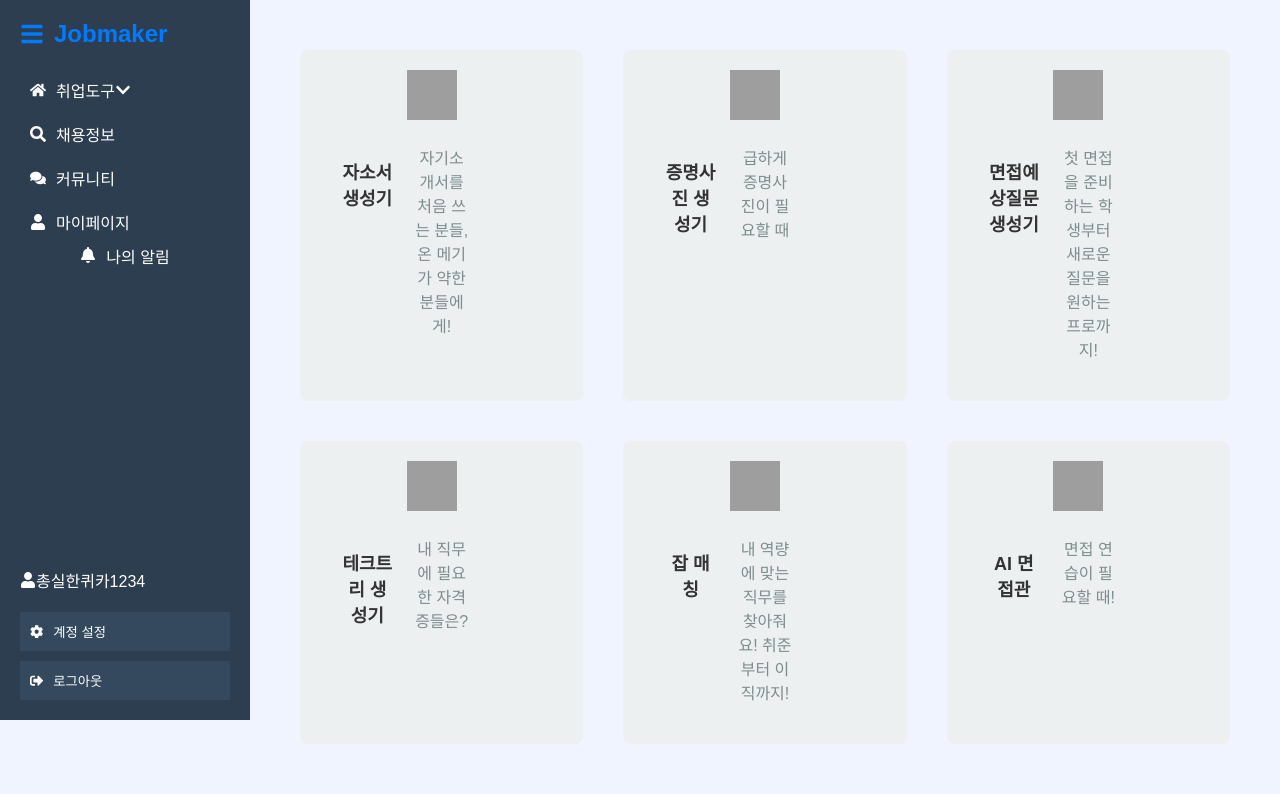
Repository: HSfac/jobmaker
Page: /main
These files come from the project's save history. The page is drawn as it stood at one moment and after the next save; the edit follows.
The browser window is 1280 px wide. The pictures show the whole page.
Pictures or frames that could not be fetched are drawn as grey boxes. The project was rebuilt for these pictures with package versions that can differ from the ones it lists, and the page was loaded fresh each time. Also part of the build but not shown: src/components/Header.jsx, src/components/Footer.css, src/components/Footer.jsx, src/pages/LandingPage.jsx, src/pages/InfosPage.jsx, src/pages/CommunityPage.jsx, src/pages/MyPage.jsx, src/components/SocialLoginButton.css and 15 more.

Above is the page before, as saved 2024-07-13 17:42:19.

### src/App.js
import React from 'react';
import { BrowserRouter as Router, Route, Routes } from 'react-router-dom';
import MainPage from './pages/MainPage';
import LandingPage from './pages/LandingPage';
import InfosPage from './pages/InfosPage';
import CommunityPage from './pages/CommunityPage';
import MyPage from './pages/MyPage';
import LoginPage from './pages/LoginPage';
import SignupPage from './pages/SignupPage';
import EmailSignupPage from './pages/EmailSignupPage';

import ResumeGeneratorPage from './pages/tools/ResumeGeneratorPage';
import PhotoGeneratorPage from './pages/tools/PhotoGeneratorPage';
import InterviewQuestionsGeneratorPage from './pages/tools/InterviewQuestionsGeneratorPage';
import TechTreeGeneratorPage from './pages/tools/TechTreeGeneratorPage';
import JobMatchingPage from './pages/tools/JobMatchingPage';
import AIInterviewerPage from './pages/tools/AIInterviewerPage';

import MainLayout from './layouts/MainLayout'; // 새로 생성한 레이아웃 컴포넌트
import './App.css';

function App() {
  return (
    <Router>
      <div className="App">
        <Routes>
          <Route path="/" element={<LandingPage />} />
          <Route path="/login" element={<LoginPage />} />
          <Route path="/signup" element={<SignupPage />} />
          <Route path="/email-signup" element={<EmailSignupPage />} />
          <Route element={<MainLayout />}>
            <Route path="/main" element={<MainPage />} />
            <Route path="/infos" element={<InfosPage />} />
            <Route path="/community" element={<CommunityPage />} />
            <Route path="/mypage" element={<MyPage />} />
            <Route path="/tools/resume-generator" element={<ResumeGeneratorPage />} />
            <Route path="/tools/photo-generator" element={<PhotoGeneratorPage />} />
            <Route path="/tools/interview-questions-generator" element={<InterviewQuestionsGeneratorPage />} />
            <Route path="/tools/tech-tree-generator" element={<TechTreeGeneratorPage />} />
            <Route path="/tools/job-matching" element={<JobMatchingPage />} />
            <Route path="/tools/ai-interviewer" element={<AIInterviewerPage />} />
          </Route>
        </Routes>
      </div>
    </Router>
  );
}

export default App;

### src/pages/MainPage.jsx
// MainPage.jsx
import React from 'react';
import ToolCard from '../components/ToolCard';
import './MainPage.css';

const tools = [
  {
    title: "자소서 생성기",
    description: "자기소개서를 처음 쓰는 분들, 온 메기가 약한 분들에게!",
    image: "../assets/images/icons/icon2.png",
    link: "/tools/resume-generator",
  },
  {
    title: "증명사진 생성기",
    description: "급하게 증명사진이 필요할 때",
    image: "../assets/images/icons/icon2.png",
    link: "/tools/photo-generator",
  },
  {
    title: "면접예상질문 생성기",
    description: "첫 면접을 준비하는 학생부터 새로운 질문을 원하는 프로까지!",
    image: "../assets/images/icons/icon2.png",
    link: "/tools/interview-questions-generator",
  },
  {
    title: "테크트리 생성기",
    description: "내 직무에 필요한 자격증들은?",
    image: "../assets/images/icons/icon2.png",
    link: "/tools/tech-tree-generator",
  },
  {
    title: "잡 매칭",
    description: "내 역량에 맞는 직무를 찾아줘요! 취준부터 이직까지!",
    image: "../assets/images/icons/icon2.png",
    link: "/tools/job-matching",
  },
  {
    title: "AI 면접관",
    description: "면접 연습이 필요할 때!",
    image: "../assets/images/icons/icon2.png",
    link: "/tools/ai-interviewer",
  },
];

const MainPage = () => {
  return (
    <div className="main-page">
      <div className="content">
        {tools.map((tool, index) => (
          <ToolCard
            key={index}
            title={tool.title}
            description={tool.description}
            image={tool.image}
            link={tool.link}
          />
        ))}
      </div>
    </div>
  );
};

export default MainPage;

### src/layouts/MainLayout.jsx
import React from 'react';
import { Outlet } from 'react-router-dom';
import Sidebar from '../components/Sidebar';
//import './MainLayout.css';

const MainLayout = () => {
  return (
    <div className="main-layout">
      <Sidebar />
      <div className="page-content">
        <Outlet />
      </div>
    </div>
  );
};

export default MainLayout;

### src/App.css
.App {
  font-family: sans-serif;
  text-align: center;
  height: 100vh;
  display: flex;
  flex-direction: column;
}

.main-content {
  display: flex;
  flex: 1;
}

.page-content {
  flex: 1;
  padding: 20px;
  margin-left: 250px; /* 사이드바의 넓이만큼 왼쪽 여백을 설정 */
  transition: margin-left 0.3s;
}

.sidebar.closed + .page-content {
  margin-left: 80px; /* 사이드바가 닫혔을 때 여백 설정 */
}

### src/components/ToolCard.jsx
// ToolCard.jsx
import React from 'react';
import { useNavigate } from 'react-router-dom';
import './ToolCard.css';

const ToolCard = ({ title, description, image, link }) => {
  const navigate = useNavigate();

  const handleClick = () => {
    navigate(link);
  };

  return (
    <div className="tool-card" onClick={handleClick}>
      <img src={image} alt={title} className="icon" />
      <div className="content">
        <h3>{title}</h3>
        <p>{description}</p>
      </div>
    </div>
  );
};

export default ToolCard;

### src/pages/MainPage.css
.main-page {
  display: flex;
}

.content {
  flex-grow: 1;
  padding: 20px;
  display: grid;
  grid-template-columns: repeat(3, 1fr);
  gap: 20px;
}

### src/pages/LandingPage.css
/* LandingPage.css */

@font-face {
  font-family: 'Pretendard';
  src: url('../assets/fonts/Pretendard-Regular.ttf') format('truetype');
  font-weight: 400;
}

@font-face {
  font-family: 'Pretendard';
  src: url('../assets/fonts/Pretendard-SemiBold.ttf') format('truetype');
  font-weight: 600;
}
:root {
  --bg-color: #f0f4ff;
  --text-color: #333;
  --primary-color: #3a73e1;
  --secondary-color: #fff;
  --question-bg-color: #4a90e2;
}

[data-theme="dark"] {
  --bg-color: #121212;
  --text-color: #e0e0e0;
  --primary-color: #bb86fc;
  --secondary-color: #333;
  --question-bg-color: #3700b3;
}

body {
  background-color: var(--bg-color);
  color: var(--text-color);
  margin: 0;
  padding: 0;
  font-family: 'Pretendard', sans-serif;
}

.landing-page {
  display: flex;
  flex-direction: column;
  min-height: 100vh;
}

.main-content {
  flex: 1;
  display: flex;
  flex-direction: column;
  align-items: center;
  background-color: var(--primary-color);
  color: var(--secondary-color);
}

.hero {
  display: flex;
  justify-content: space-between;
  align-items: center;
  max-width: 1200px;
  width: 100%;
  padding: 50px;
}


.hero-text h1 {
  font-size: 4em; /* Increased font size */
  font-family: 'Pretendard', sans-serif;
  font-weight: 600; /* SemiBold */
  margin-bottom: 20px;
}

.hero-text p {
  font-family: 'Pretendard', sans-serif;
  font-weight: 400; /* Regular */
}

.hero-text button.primary {
  background-color: var(--secondary-color);
  color: var(--primary-color);
  padding: 10px 20px;
  border: none;
  border-radius: 5px;
  font-size: 1.2em;
  cursor: pointer;
  transition: border-color 0.3s;
}

.hero-text button.primary:hover {
  border: 2px solid var(--primary-color);
}

.hero-images {
  flex: 1;
  display: flex;
  justify-content: center;
  align-items: center;


}

.hero-images img {
  max-width: 100%;
  height: auto;

}

.second-section {
  width: 100%;
  font-size: 1.5em;
  padding: 50px 20px;
  background-color: var(--bg-color);
  color: var(--text-color);
  text-align: center;
  position: relative;
  overflow: hidden;
  font-weight: 700; /* SemiBold */
}

.second-section h2 {
  color: var(--primary-color);
  font-size: 1.5em;
  font-weight: 700; /* SemiBold */
}

.sliding-images {
  display: flex;
  flex-direction: column;
  align-items: center;
  justify-content: center;
  height: 280px; /* Adjust as needed */
  position: relative;
}

.sliding-images img {
  width: 300%; /* Make the images smaller */
  position: absolute;
  animation-duration: 30s; /* Slow down the animation */
  animation-timing-function: linear;
  animation-iteration-count: infinite;
}

.sliding-images img:nth-child(1) {
  top: 0;
  left: -100%;
  animation-name: slide-in-left;
}

.sliding-images img:nth-child(2) {
  top: 50%;
  left: 100%;
  animation-name: slide-in-right;
}

@keyframes slide-in-left {
  0%, 100% {
    left: -100%;
  }
  50% {
    left: 100%;
  }
}

@keyframes slide-in-right {
  0%, 100% {
    left: 100%;
  }
  50% {
    left: -100%;
  }
}

.generators {
  display: flex;
  justify-content: space-around;
  flex-wrap: wrap;
}

.generator-card {
  background-color: var(--secondary-color);
  color: var(--primary-color);
  border-radius: 10px;
  padding: 20px;
  margin: 10px;
  width: 200px;
  cursor: pointer;
  transition: transform 0.2s;
}

.generator-card:hover {
  transform: scale(1.05);
}

.generator-card h3 {
  margin-top: 0;
}

.generator-card p {
  margin: 10px 0 0;
  font-size: 20px;
}

/* 기존 CSS 생략 */

.third-section {

  width: 100%;
  padding: 10px 20px;
  background-color: var(--bg-color);
  color: var(--text-color);
  text-align: center;

}

.third-section h2 {
  font-size: 2.2em;
  color: var(--primary-color);
  font-weight: 700; /* SemiBold */
}

.third-section h3 {
  font-size: 1em;
  font-weight: 600; /* SemiBold */
}

.example-container {
  display: flex;
  flex-wrap: wrap;
  justify-content: center;
  gap: 20px;
  margin-top: 20px;
  flex-direction: column; /* 세로로 배치 */
}

.example-image.left {
  align-self: flex-start;
  margin: 0 50px; /* 이미지 양옆 여백 설정 */
  animation: slide-left 5s infinite;
}

.example-image.center1 {
  align-self: center;
  margin: 0 50px; /* 이미지 양옆 여백 설정 */
}

.example-image.right {
  align-self: flex-end;
  margin: 0 50px; /* 이미지 양옆 여백 설정 */
  animation: slide-right 5s infinite;
}

.example-image.center2 {
  align-self: center;
  margin: 0 50px; /* 이미지 양옆 여백 설정 */
}

@keyframes slide-left {
  0% {
    transform: translateX(0);
  }
  50% {
    transform: translateX(-20px); /* 원하는 슬라이드 거리 설정 */
  }
  100% {
    transform: translateX(0);
  }
}

@keyframes slide-right {
  0% {
    transform: translateX(0);
  }
  50% {
    transform: translateX(20px); /* 원하는 슬라이드 거리 설정 */
  }
  100% {
    transform: translateX(0);
  }
}

/* 기존 CSS 생략 */




.fourth-section {
  width: 100%;
  padding: 50px 20px;
  background-color: var(--bg-color);
  color: var(--text-color);
  text-align: center;
}

.fourth-section h2 {
  font-size: 2.2em;
  color: var(--primary-color);
  font-weight: 700; /* SemiBold */
  margin-bottom: 10px;
}

.fourth-section h3 {
  font-size: 26px;
  font-weight: 700; /* SemiBold */
  margin-bottom: 30px;
}

.sliding-tags {
  overflow: hidden;
  white-space: nowrap;
  box-sizing: border-box;
}

.tags-wrapper {
  display: inline-block;
  animation: slide 45s linear infinite;

}

.tag {
  font-size: 20px;
  display: inline-block;
  background-color: var(--primary-color);
  color: var(--secondary-color);
  padding: 20px 40px;
  margin: 0 10px;
  border-radius: 500px;
  font-weight: 600; /* SemiBold */
}

@keyframes slide {
  0% {
    transform: translateX(100%);
  }
  100% {
    transform: translateX(-100%);
  }
}

.fifth-section {
  width: 100%;
  padding: 50px 20px;
  background-color: var(--bg-color);
  color: var(--text-color);
  text-align: center;
}

.fifth-section h2 {
  margin-top: 70px;
  font-size: 2.2em;
  color: var(--primary-color);
  font-weight: 700; /* SemiBold */
}

.fifth-section h3 {
  font-size: 26px;
  font-weight: 700; /* SemiBold */
  margin-top: 10px;
  margin-bottom: 30px;
}

.pricing-plans {
  display: flex;
  justify-content: center;
  gap: 25px;
  flex-wrap: wrap;
  margin-bottom: 200px;
}

.plan {
  background-color: var(--secondary-color);
  color: var(--primary-color);
  border-radius: 10px;
  padding: 20px;
  margin: 10px;
  width: 250px;
  text-align: center;
}

.plan h3 {
  margin-top: 0;
}

.plan p {
  font-size: 20px;
  font-weight: 700; /* SemiBold */
}

.plan ul {
  list-style: none;
  padding: 0;
}

.plan ul li {
  margin: 10px 0;
}

.plan button.primary {
  background-color: var(--secondary-color);
  color: var(--primary-color);
  padding: 10px 20px;
  border: 2px solid var(--primary-color);
  border-radius: 5px;
  font-size: 1.2em;
  cursor: pointer;
  transition: background-color 0.3s, color 0.3s;
}

.plan button.primary:hover {
  background-color: var(--primary-color);
  color: var(--secondary-color);
}

.footer {
  background-color: var(--primary-color);
  color: var(--secondary-color);
  padding: 20px;
  text-align: center;
  position: relative;
  bottom: 0;
  width: 100%;
  margin-top: auto;
}

### src/components/Sidebar.jsx
import React, { useState } from 'react';
import { FaHome, FaSearch, FaComments, FaUser, FaBell, FaCog, FaSignOutAlt, FaBars, FaChevronDown, FaChevronUp } from 'react-icons/fa';
import { Link } from 'react-router-dom';
import './Sidebar.css';
import AlertModal from './AlertModal';

const Sidebar = () => {
  const [isOpen, setIsOpen] = useState(true);
  const [isToolsOpen, setIsToolsOpen] = useState(false);
  const [isModalOpen, setIsModalOpen] = useState(false);

  const toggleSidebar = () => {
    setIsOpen(!isOpen);
  };

  const toggleToolsMenu = () => {
    setIsToolsOpen(!isToolsOpen);
  };

  const toggleModal = () => {
    setIsModalOpen(!isModalOpen);
  };

  return (
    <div className={`sidebar ${isOpen ? 'open' : 'closed'}`}>
      <div className="logo" onClick={toggleSidebar}>
        <FaBars />
        {isOpen && <span>Jobmaker</span>}
      </div>
      <ul className="menu">
        <li>
          <div className="menu-item" onClick={toggleToolsMenu}>
            <FaHome />
            {isOpen && <span>취업도구</span>}
            {isOpen && (isToolsOpen ? <FaChevronUp /> : <FaChevronDown />)}
          </div>
          {isToolsOpen && (
            <ul className="submenu">
              <li>
                <Link to="/tools/resume-generator">
                  {isOpen && <span>자소서 생성기</span>}
                </Link>
              </li>
              <li>
                <Link to="/tools/photo-generator">
                  {isOpen && <span>증명사진 생성기</span>}
                </Link>
              </li>
              <li>
                <Link to="/tools/interview-questions-generator">
                  {isOpen && <span>면접예상질문 생성기</span>}
                </Link>
              </li>
              <li>
                <Link to="/tools/tech-tree-generator">
                  {isOpen && <span>테크트리 생성기</span>}
                </Link>
              </li>
              <li>
                <Link to="/tools/job-matching">
                  {isOpen && <span>잡 매칭</span>}
                </Link>
              </li>
              <li>
                <Link to="/tools/ai-interviewer">
                  {isOpen && <span>AI 면접관</span>}
                </Link>
              </li>
            </ul>
          )}
        </li>
        <li>
          <Link to="/infos">
            <FaSearch />
            {isOpen && <span>채용정보</span>}
          </Link>
        </li>
        <li>
          <Link to="/community">
            <FaComments />
            {isOpen && <span>커뮤니티</span>}
          </Link>
        </li>
        <li>
          <Link to="/mypage">
            <FaUser />
            {isOpen && <span>마이페이지</span>}
          </Link>
        </li>
        <li onClick={toggleModal} style={{ cursor: 'pointer' }}>
          <FaBell />
          {isOpen && <span>나의 알림</span>}
        </li>
      </ul>
      <div className="user-info">
        <div className="username">
          <FaUser />
          {isOpen && <span>총실한퀴카1234</span>}
        </div>
        <div className="settings">
          <button className="settings-btn">
            <FaCog />
            {isOpen && <span>계정 설정</span>}
          </button>
          <button className="logout-btn">
            <FaSignOutAlt />
            {isOpen && <span>로그아웃</span>}
          </button>
        </div>
      </div>
      {isModalOpen && <AlertModal onClose={toggleModal} />}
    </div>
  );
};

export default Sidebar;

### src/components/ToolCard.css
.tool-card {
  background-color: #ecf0f1;
  border-radius: 8px;
  padding: 20px;
  margin: 10px;
  display: flex;
  align-items: center;
  cursor: pointer;
  flex-direction: column;
  transition: background-color 0.3s;
}

.tool-card:hover {
  background-color: #bdc3c7;
}

.icon {
  width: 50px;
  height: 50px;
  margin-right: 20px;
}

.content {
  flex-grow: 1;
}

h3 {
  margin: 5;
  font-size: 18px;
}

p {
  margin: 5px 0 0;
  color: #7f8c8d;
}

### src/components/Header.css
.header {
  display: flex;
  justify-content: space-between;
  align-items: center;
  padding: 10px 20px;
  background-color: #f8f9fa;
  border-bottom: 1px solid #e0e0e0;
}

.logo {
  font-size: 24px;
  font-weight: bold;
  color: #007bff;
}

.nav-links a {
  margin-left: 10px;
  color: #333;
  text-decoration: none;
}

.nav-links a:hover {
  text-decoration: underline;
}

### src/components/Sidebar.css
.sidebar {
  width: 250px;
  height: 100vh;
  background-color: #2c3e50;
  color: white;
  padding: 20px;
  box-sizing: border-box;
  display: flex;
  flex-direction: column;
  justify-content: space-between;
  transition: width 0.3s;
  position: fixed;
  top: 0;
  left: 0;
  overflow-y: auto; /* Add scrollbar if content exceeds height */
}

.sidebar.closed {
  width: 80px;
}

.logo {
  font-size: 24px;
  font-weight: bold;
  margin-bottom: 20px;
  cursor: pointer;
  display: flex;
  align-items: center;
}

.logo span {
  margin-left: 10px;
}

.menu {
  list-style: none;
  padding: 0;
  margin: 0;
}

.menu li {
  margin: 0;
}

.menu-item, .menu li a {
  display: flex;
  align-items: center;
  color: white;
  text-decoration: none;
  padding: 10px;
  width: 100%;
  box-sizing: border-box;
  transition: background-color 0.3s;
}

.menu-item:hover, .menu li a:hover {
  background-color: #34495e;
}

.menu-item {
  cursor: pointer;

}

.menu li span {
  margin-left: 10px;
}

.submenu {
  list-style: none;
  padding: 0;
  margin: 0;
}

.submenu li {
  margin: 0;
}

.submenu li a {
  padding: 10px 10px 10px 30px; /* Indentation for submenu items */
  display: flex;
  align-items: center;
  color: white;
  text-decoration: none;
  transition: background-color 0.3s;
}

.submenu li a:hover {
  background-color: #34495e;
}

.user-info {
  margin-top: auto;
}

.username {
  display: flex;
  align-items: center;
  margin-bottom: 10px;
}

.email {
  margin-bottom: 10px;
}

.settings {
  display: flex;
  flex-direction: column;
}

.settings-btn, .logout-btn {
  display: flex;
  align-items: center;
  width: 100%;
  margin-top: 10px;
  padding: 10px;
  background-color: #34495e;
  color: white;
  border: none;
  cursor: pointer;
  transition: background-color 0.3s;
}

.settings-btn:hover, .logout-btn:hover {
  background-color: #3d566e;
}

.settings-btn span, .logout-btn span {
  margin-left: 10px;
}

Loaded but not shown: public/index.html (common file); src/index.js (common file); src/index.css (common file); src/reportWebVitals.js (common file)

After the next save:
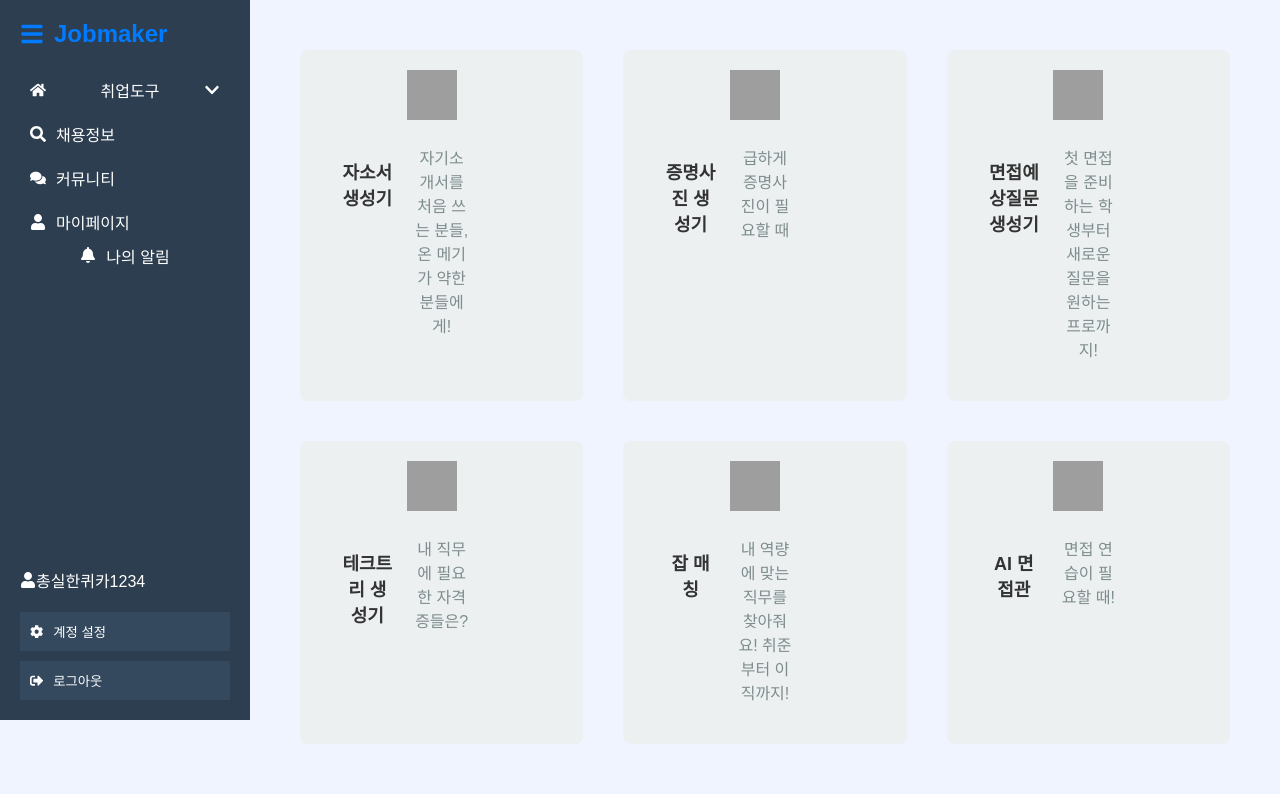
Saved 94 s later.
--- a/src/components/Sidebar.css
+++ b/src/components/Sidebar.css
@@ -59,7 +59,7 @@
 
 .menu-item {
   cursor: pointer;
-
+  justify-content: space-between; /* Add space between icon and text */
 }
 
 .menu li span {

After the save that followed:
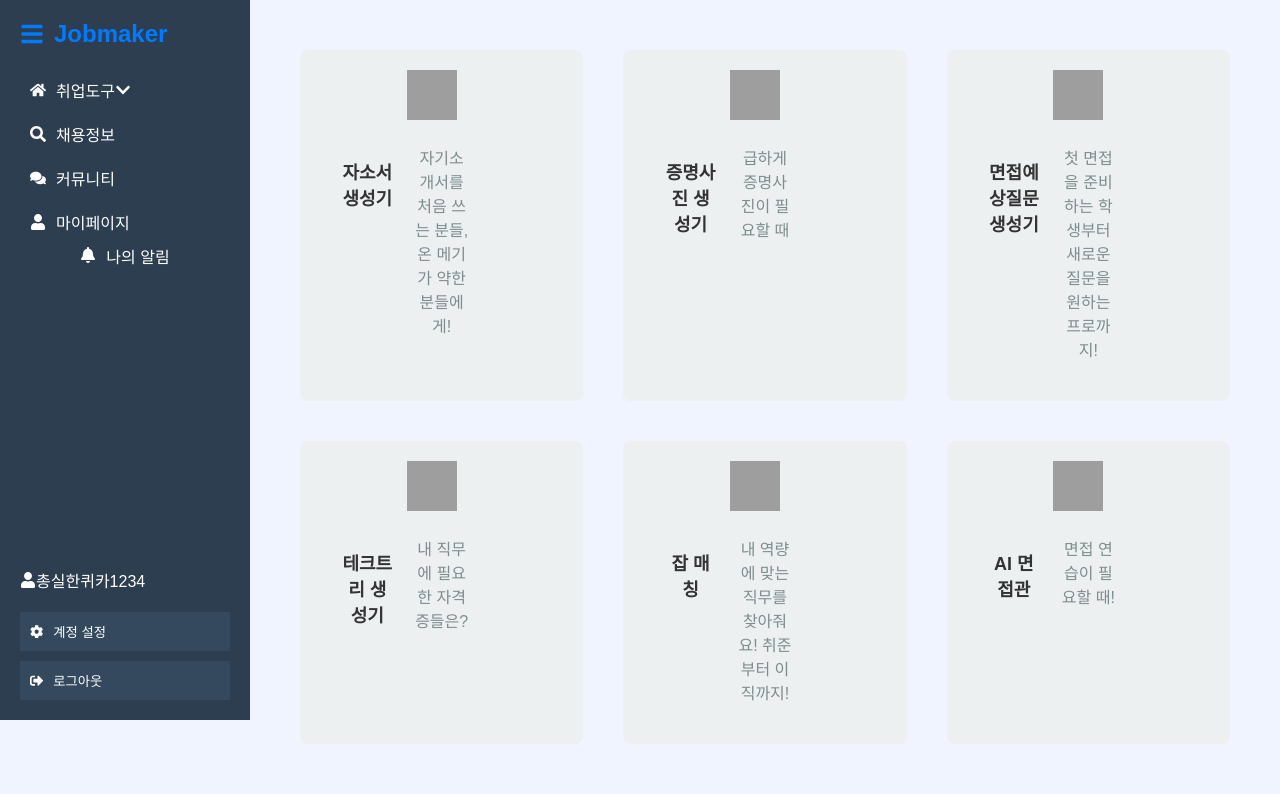
Saved 40 s later.
--- a/src/components/Sidebar.css
+++ b/src/components/Sidebar.css
@@ -59,7 +59,7 @@
 
 .menu-item {
   cursor: pointer;
-  justify-content: space-between; /* Add space between icon and text */
+  justify-content: ; /* Add space between icon and text */
 }
 
 .menu li span {
